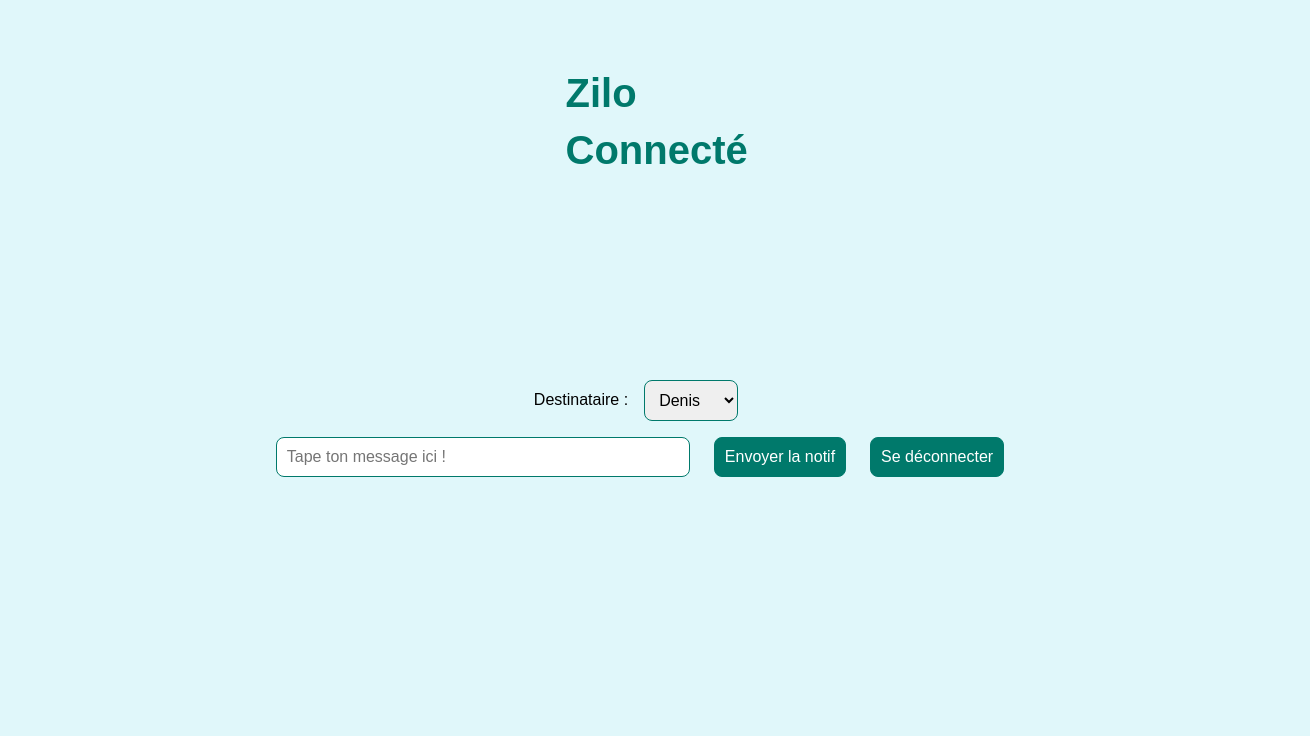
Repository: nlagardere/LumoNet
Page: public/index.html
These files come from the project's save history. The page is drawn as it stood at one moment and after a run of saves; the edit follows.
The browser window is 1280 px wide. The page is 1310 px wide, so the pictures cover 1310 px, including what lies to the right of the window. The pictures show the whole page.

Above is the page before, as saved 2025-08-18 20:01:16.

After the next 2 saves:
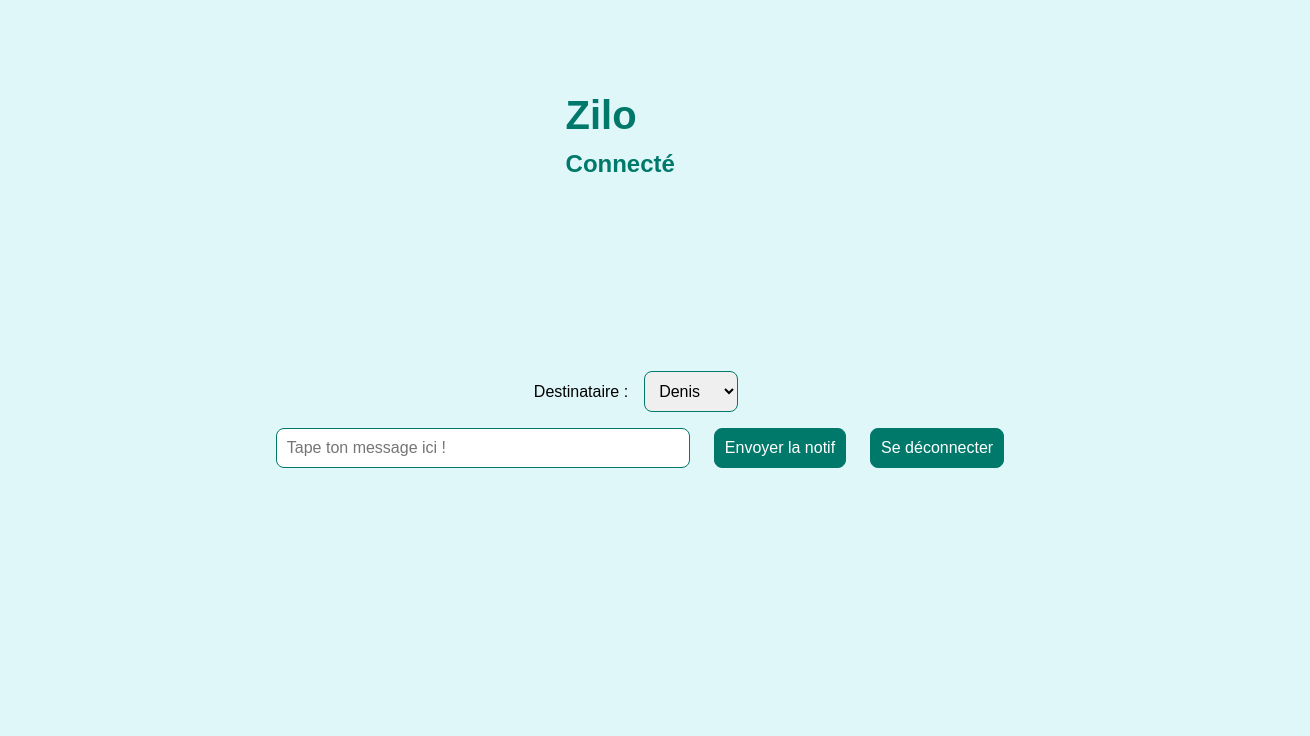
The 2 saves are shown as one change because they came seconds apart.
The last was saved 8 s later.
--- a/public/index.html
+++ b/public/index.html
@@ -53,7 +53,7 @@
      }
 
     .card h2 {
-      font-size:2.5em;
+      font-size:1.5em;
       margin-bottom:12px;
       position: relative;
       top: -80%;
